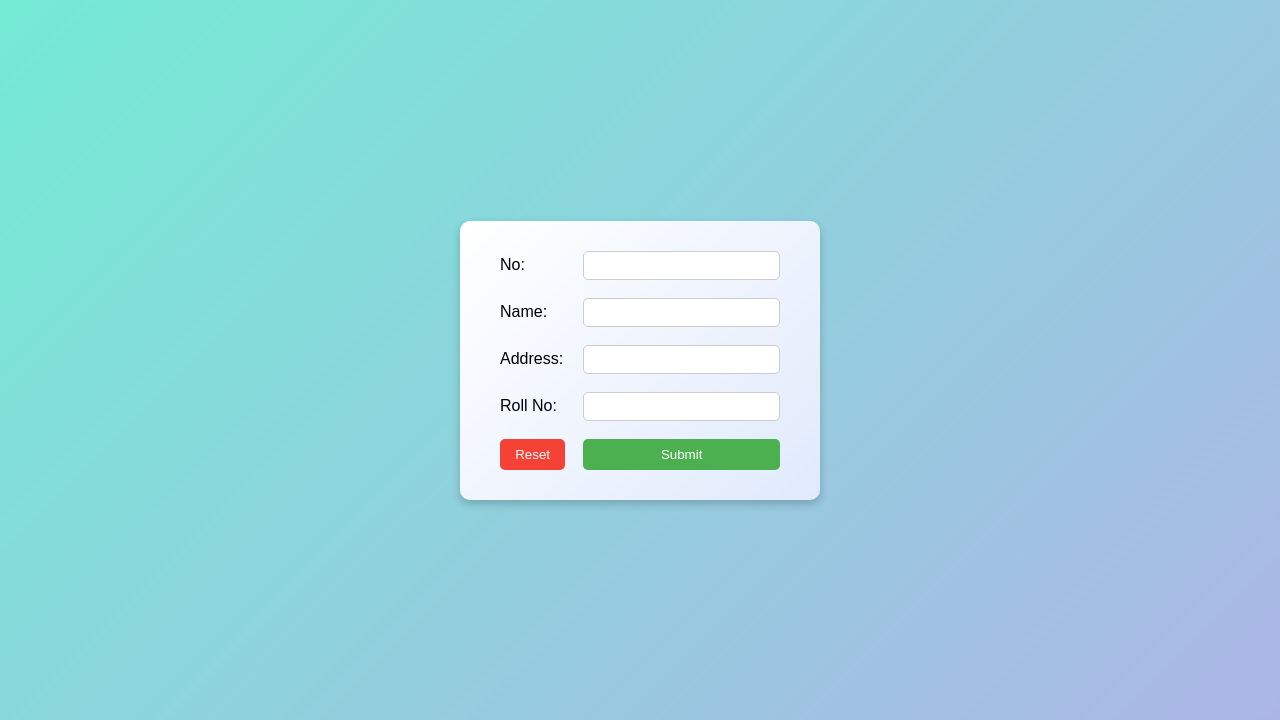
Repository: munnakumar046/eclipse-workspace
Page: DBApp/WebContent/form.html
These files come from the project's save history. The page is drawn as it stood at one moment and after the next save; the edit follows.
The browser window is 1280 px wide. The pictures show the whole page.

Above is the page before, as saved 2024-11-07 16:23:39.

### DBApp/WebContent/form.html
<!DOCTYPE html>
<html lang="en">
<head>
    <meta charset="UTF-8">
    <meta name="viewport" content="width=device-width, initial-scale=1.0">
    <title>Form with Linear Gradient Background</title>
    <style>
        /* Background styling with linear gradient */
        body {
            background: linear-gradient(135deg, #74ebd5, #acb6e5); /* Gradient from teal to light blue */
            display: flex;
            align-items: center;
            justify-content: center;
            height: 100vh;
            margin: 0;
            font-family: Arial, sans-serif;
        }

        /* Form container styling */
        .form-container {
            background: linear-gradient(135deg, #ffffff, #e0eafc); /* Subtle gradient for the form background */
            padding: 20px 30px;
            border-radius: 10px;
            box-shadow: 0 4px 8px rgba(0, 0, 0, 0.2);
            width: 300px;
        }

        /* Table styling */
        table {
            width: 100%;
        }

        td {
            padding: 8px;
        }

        /* Input field styling */
        input[type="text"] {
            width: 100%;
            padding: 6px;
            border-radius: 5px;
            border: 1px solid #ccc;
            box-sizing: border-box;
        }

        /* Button styling */
        input[type="submit"],
        input[type="reset"] {
            width: 100%;
            padding: 8px;
            border: none;
            border-radius: 5px;
            color: #fff;
            cursor: pointer;
        }

        input[type="submit"] {
            background-color: #4CAF50; /* Submit button color */
        }

        input[type="reset"] {
            background-color: #f44336; /* Reset button color */
        }

        input[type="submit"]:hover,
        input[type="reset"]:hover {
            opacity: 0.9;
        }
    </style>
</head>
<body>
    <div class="form-container">
        <form action="test" method="GET">
            <table align="center">
                <tr>
                    <td>No:</td>
                    <td><input type="text" name="t1" /></td>
                </tr>
                <tr>
                    <td>Name:</td>
                    <td><input type="text" name="t2" /></td>
                </tr>
                <tr>
                    <td>Address:</td>
                    <td><input type="text" name="t3" /></td>
                </tr>
                <tr>
                    <td>Roll No:</td>
                    <td><input type="text" name="t4" /></td>
                </tr>
                <tr>
                    <td><input type="reset" value="Reset" /></td>
                    <td><input type="submit" value="Submit" /></td>
                </tr>
            </table>
        </form>
    </div>
</body>
</html>

After the next save:
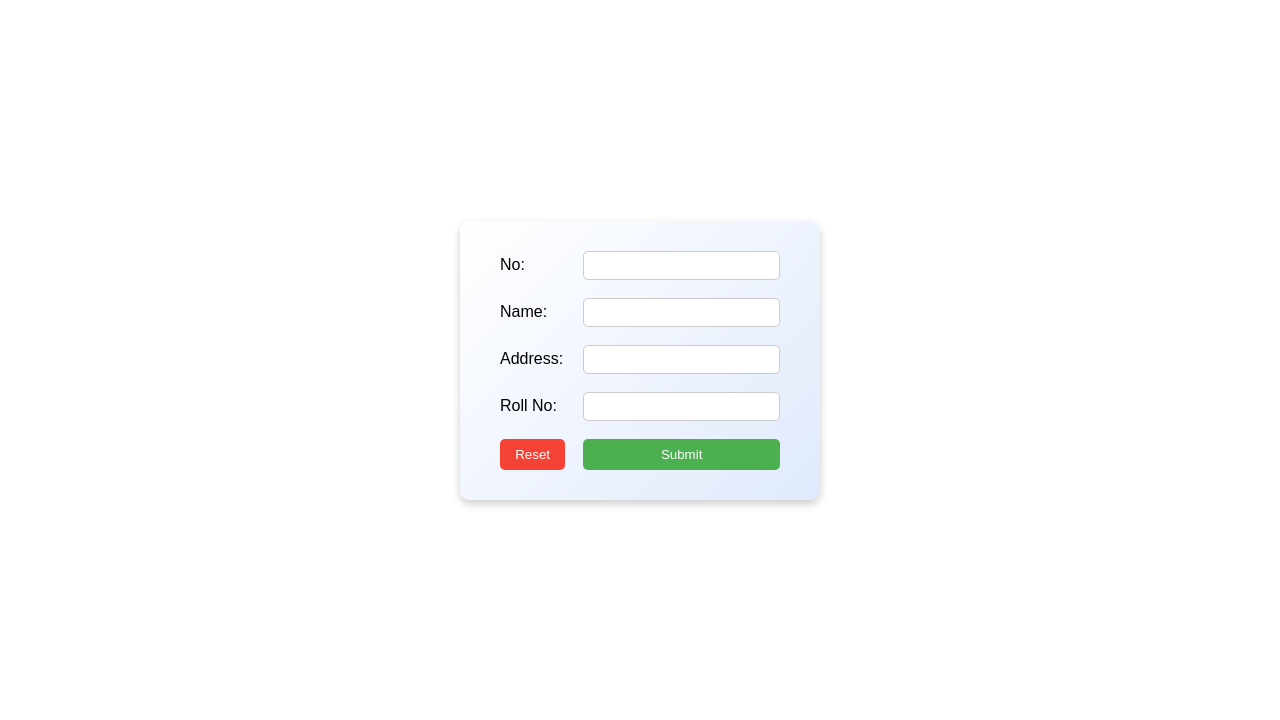
Saved 5 min 45 s later.
--- a/DBApp/WebContent/form.html
+++ b/DBApp/WebContent/form.html
@@ -7,7 +7,7 @@
     <style>
         /* Background styling with linear gradient */
         body {
-            background: linear-gradient(135deg, #74ebd5, #acb6e5); /* Gradient from teal to light blue */
+            background: linear-gradient(#fc466b); /* Gradient from teal to light blue */
             display: flex;
             align-items: center;
             justify-content: center;
